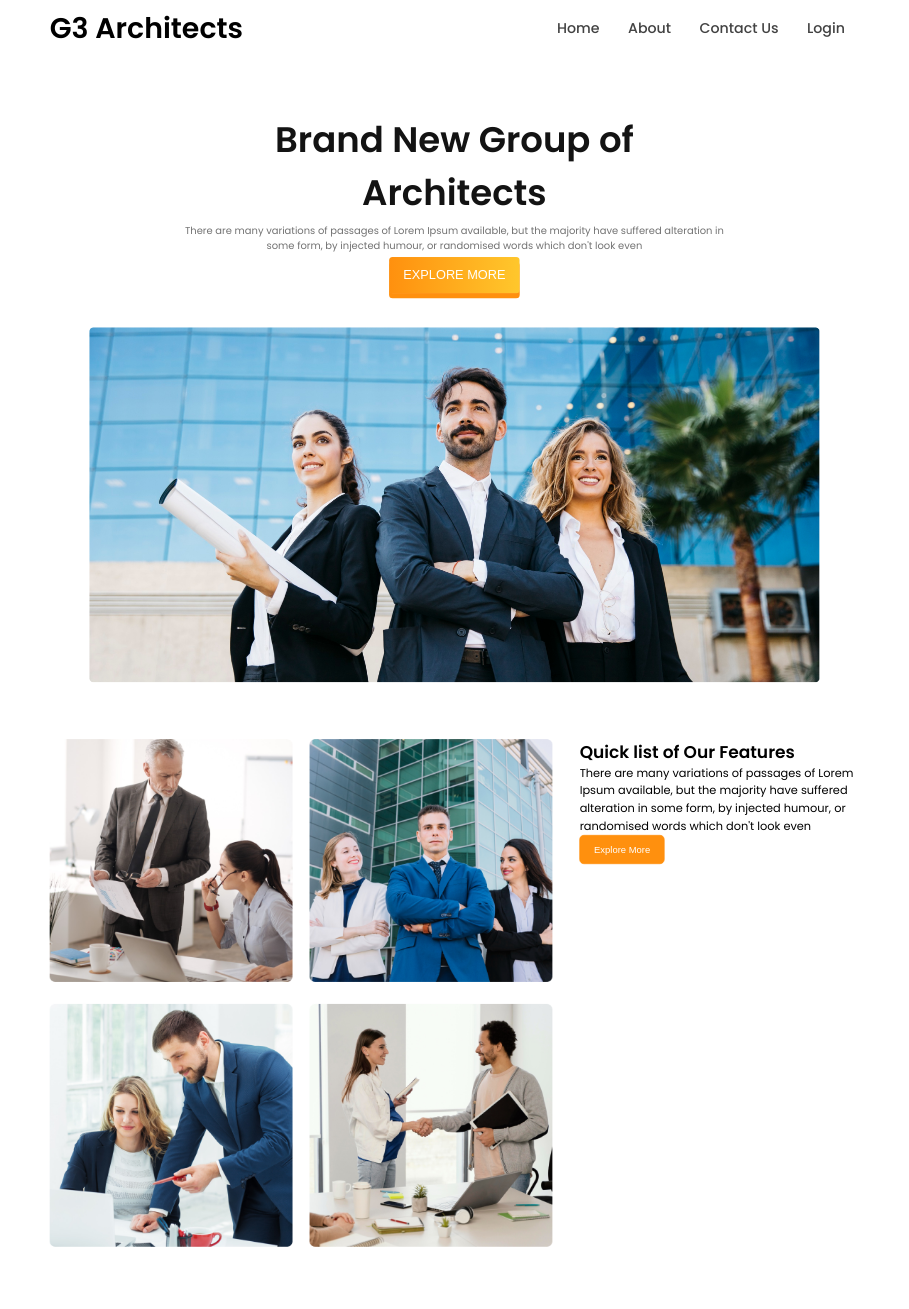
Repository: mdrubel02/G3_Architects
Page: index.html
An editor plug-in stored every save of this project. The page is shown before and after the next save, followed by the edit.
The browser window is 1280 px wide. The pictures show the whole page, at 71% of full size.

Above is the page before, as saved 2023-01-14 23:59:43.

After the next save:
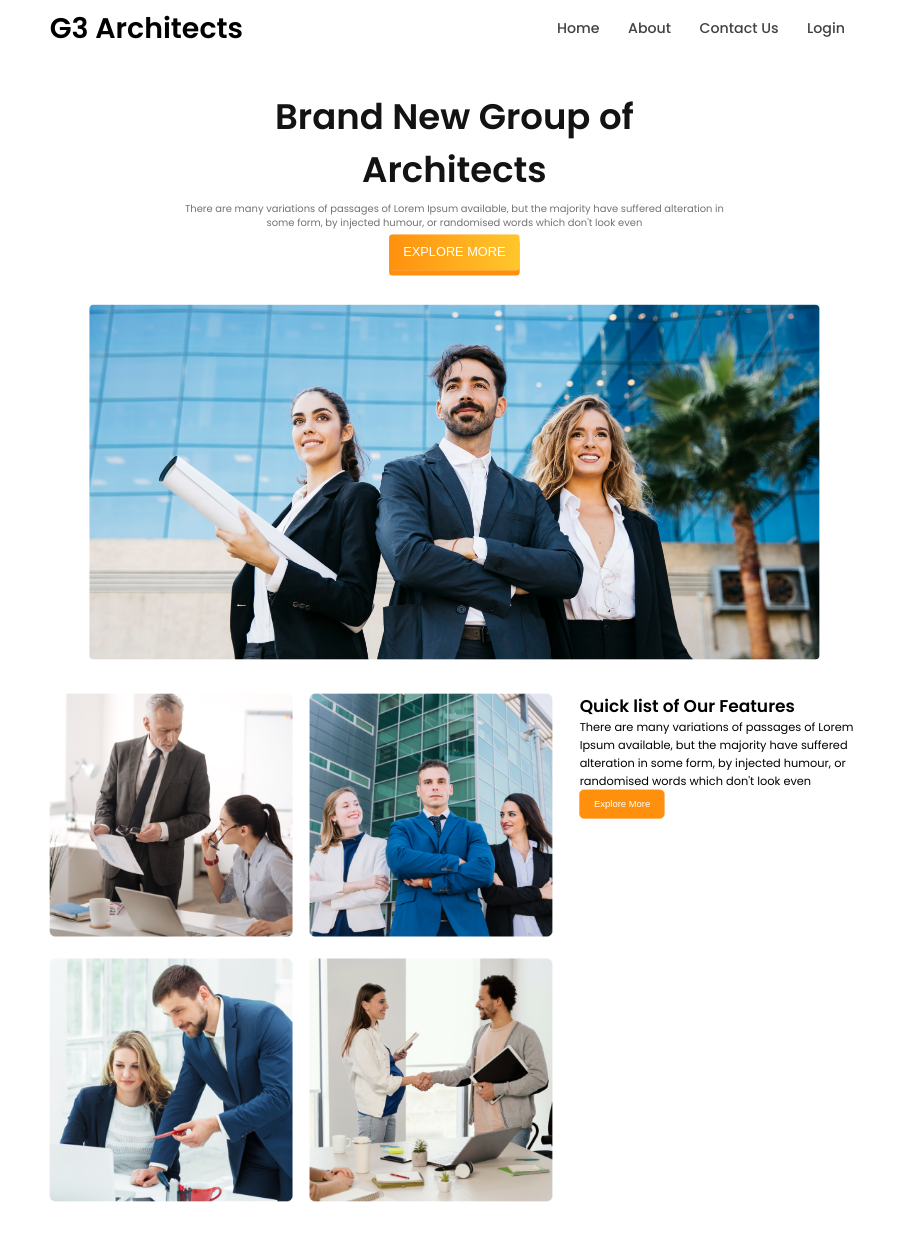
Saved 24 s later.
--- a/style.css
+++ b/style.css
@@ -18,7 +18,7 @@
     max-width: 1200px;
     margin: 0 auto;
     padding: 0 30px;
-    margin-bottom: 5rem;
+    margin-bottom: 3rem;
     box-sizing: border-box;
 }
 
